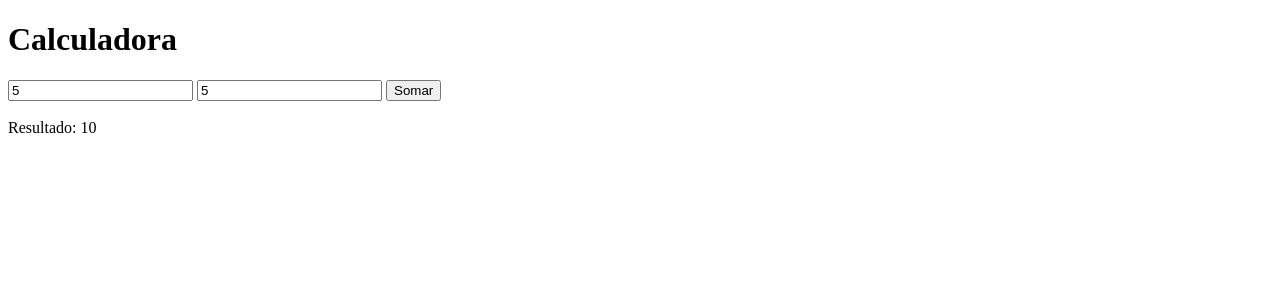
Repository: MilenaMelo/test-calculator-selenium
Page: calculadora.html
The author's editor kept a copy of each file at every save. The page is drawn from the files as they stood at one save, then again after the next save.
The browser window is 1280 px wide. The pictures show the whole page.
Empty fields were first filled with sample values (such as "Sample", 5 or name@example.com).
After loading, the first visible `#soma` was clicked once.

Above is the page before, as saved 2021-04-30 14:59:11.

### calculadora.html
<!DOCTYPE html>
<html lang="pt-br" xmlns="http://www.w3.org/1999/xhtml">
    <head>
        <!-- <link rel="stylesheet" href="style.css"> -->
        <meta charset="UTF-8">
        <title>Calculator</title>
    </head>
    <body>
        <h1>Calculadora</h1>
        <input type='number' id="one" name="one" value=''>
        <input type='number' id="two" name="two" value=''>
        <button id="soma" onclick="soma()"> Somar </button>
        <br />
        <br />
        Resultado:
        <span id="result"></span>

        <script type="text/javascript">
            var result = 0;
            function soma (event) {
                let one = document.querySelector('#one').value;
                let two = document.querySelector('#two').value;
                result = Number(one) + Number(two);

                document.querySelector('#result').innerHTML = result;
            }
        </script>
    </body>
</html>

After the next save:
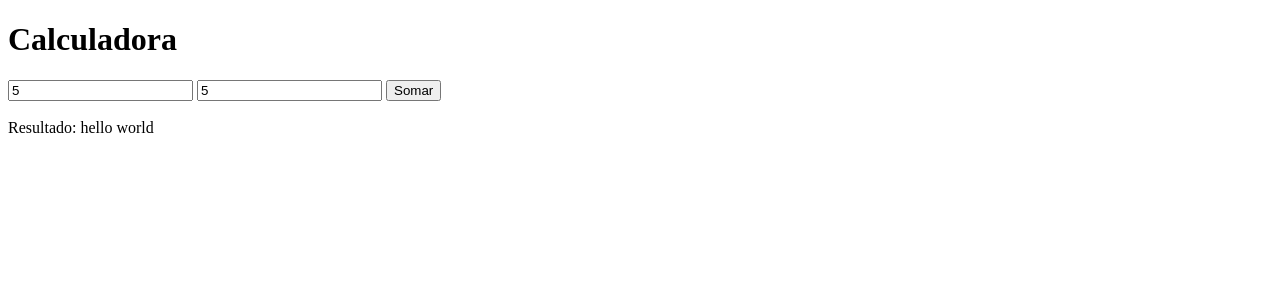
Saved 47 s later.
--- a/calculadora.html
+++ b/calculadora.html
@@ -22,7 +22,7 @@
                 let two = document.querySelector('#two').value;
                 result = Number(one) + Number(two);
 
-                document.querySelector('#result').innerHTML = result;
+                document.querySelector('#result').innerHTML = 'hello world';
             }
         </script>
     </body>

After the save that followed:
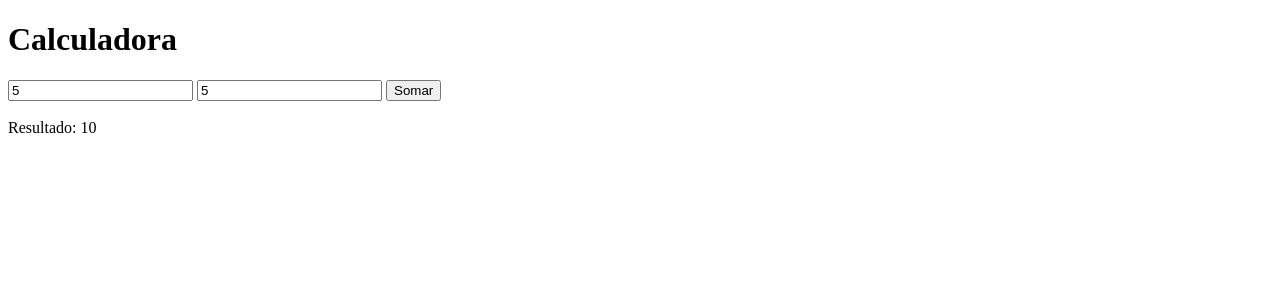
Saved 39 s later.
--- a/calculadora.html
+++ b/calculadora.html
@@ -22,7 +22,7 @@
                 let two = document.querySelector('#two').value;
                 result = Number(one) + Number(two);
 
-                document.querySelector('#result').innerHTML = 'hello world';
+                document.querySelector('#result').innerHTML = result;
             }
         </script>
     </body>
